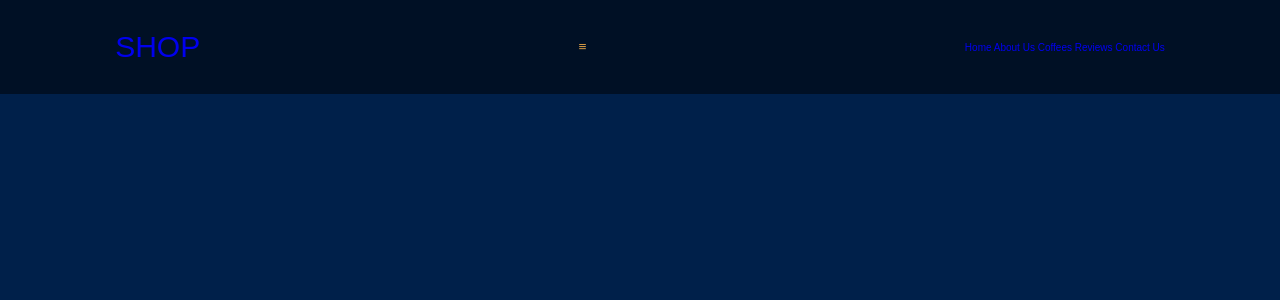
Repository: ntandomagana/Coffee-Shop
Page: index.html
The author's editor kept a copy of each file at every save. The page is drawn from the files as they stood at one save, then again after a run of saves.
The browser window is 1280 px wide. The pictures show the whole page.

Above is the page before, as saved 2024-04-10 13:42:10.

### index.html
<!DOCTYPE html>
<html lang="en">
  <head>
    <meta charset="UTF-8" />
    <meta name="viewport" content="width=device-width, initial-scale=1.0" />
    <link rel="stylesheet" href="style.css" />
    <link
      href="https://unpkg.com/boxicons@2.1.4/css/boxicons.min.css"
      rel="stylesheet"/>

    <title>Coffee Shop</title>
  </head>
  <body>
    <header class="header">
        <a href="#home" class="logo"><span>SHOP</span></a>


        <i class='bx bx-menu' id="menu-icon"></i>


        <navbar class="navbar">
          <a href="#home" class="active">Home</a>
          <a href="#about" >About Us</a>
          <a href="#coffees" >Coffees</a>
          <a href="#reviews" >Reviews</a>
          <a href="#contact" >Contact Us</a>
        </navbar>
    </header>
    <script src="script.js"></script>
  </body>
</html>

### style.css
* {
    margin: 0;
    padding: 0;
    box-sizing: border-box;
    text-decoration: none;
    border: none;
    outline: none;
    scroll-behavior: smooth;
    font-family: "Poppins", sans-serif;
}

:root {
    --bg-color:  #00204a;
    --text-color: #005792;
    --main-color: #00bbf0;
    --extra-color: #fdb44b;
}

html {
    font-size: 62.5%;
    overflow: hidden;
}

body {
    background: var(--bg-color);
    color: var(--extra-color);
}

.header {
    position: fixed;
    top: 0;
    left: 0;
    width: 100%;
    padding: 3rem 9%;
    background: rgb(0, 0, 0, 0.5);
    background-filter: blur(20px);
    display: flex;
    align-items: center;
    justify-content: space-between;
    z-index: 100;
}

.logo {
    font-size: 3rem;
}

Loaded but not shown: script.js (no stored copy; drawn as an empty file)

After the next 5 saves:
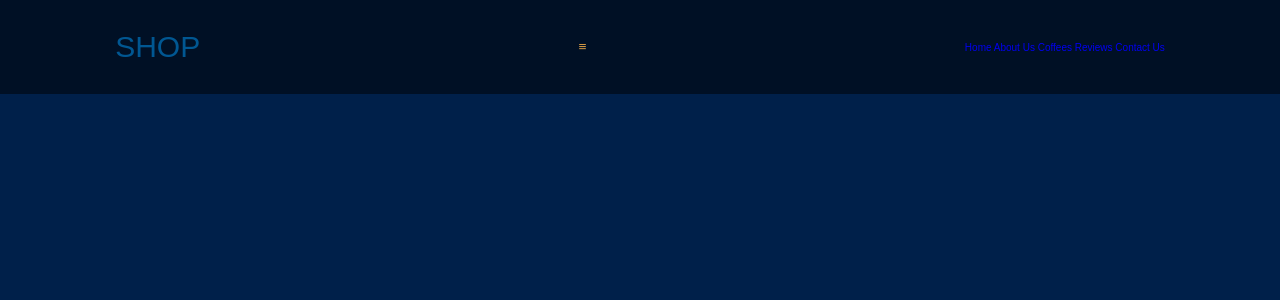
The 5 saves are shown as one change because they came seconds apart.
The last was saved 45 s later.
--- a/style.css
+++ b/style.css
@@ -42,4 +42,5 @@
 
 .logo {
     font-size: 3rem;
+    color: var(--text-color)
 }
